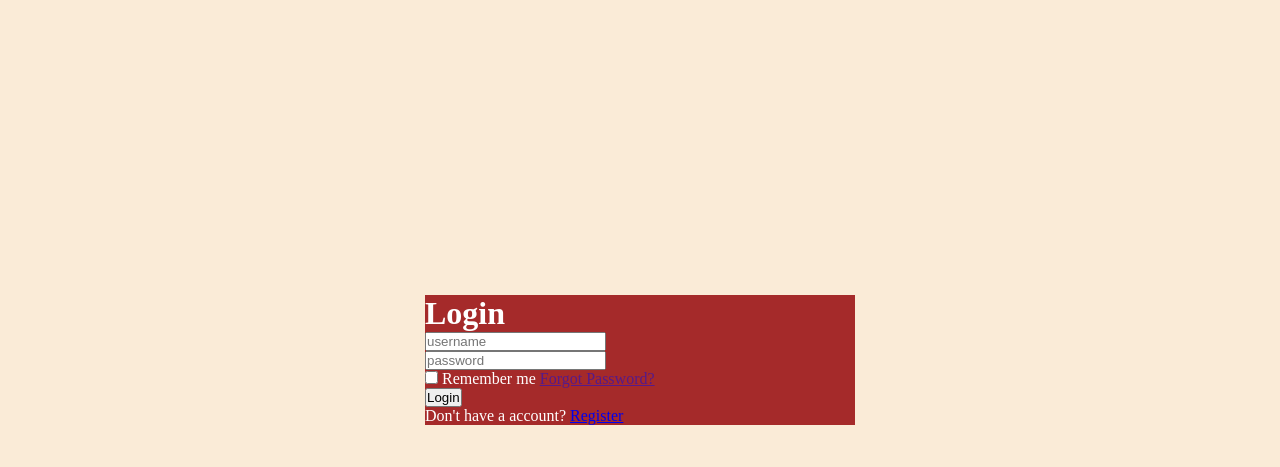
Repository: Kubraaygun/Html_Css_Login
Page: index.html
The author's editor kept a copy of each file at every save. The page is drawn from the files as they stood at one save, then again after the next save.
The browser window is 1280 px wide. The pictures show the whole page.

Above is the page before, as saved 2025-03-05 18:50:53.

After the next save:
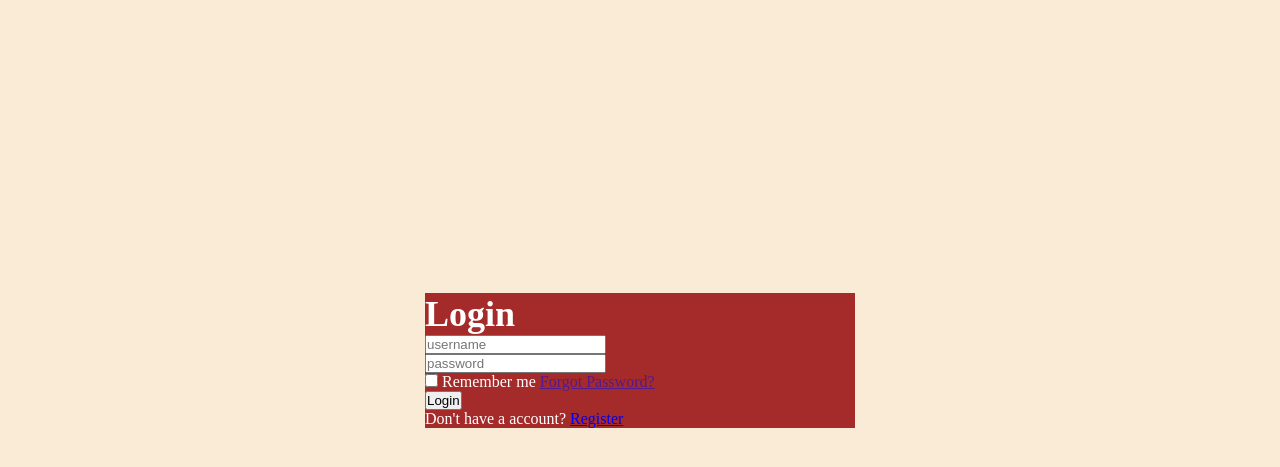
Saved 5 s later.
--- a/style.css
+++ b/style.css
@@ -18,5 +18,5 @@ body {
 }
 
 .login {
-  font-size: 60;
+  font-size: 36px;
 }
